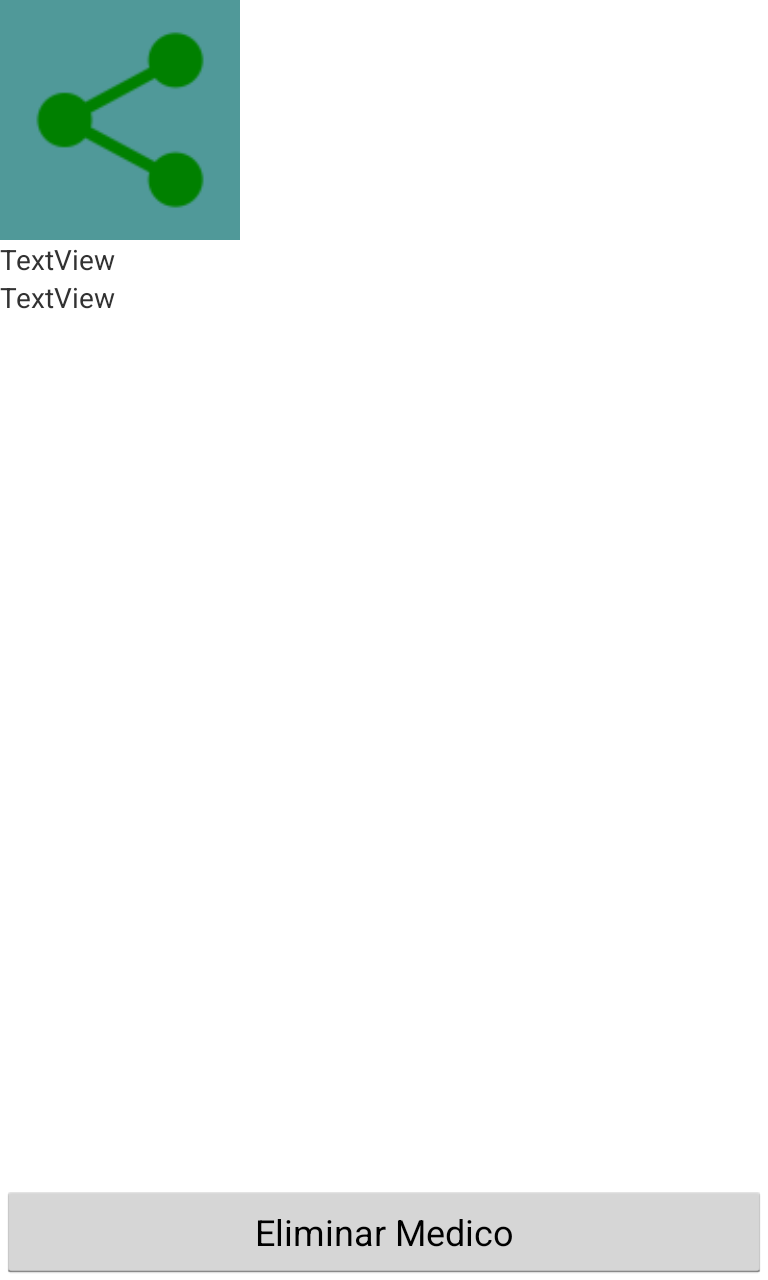
Repository: kakusio/AndoidMedics
Layout: NfcAndroidCliente/res/layout/remove_medic_details.xml
The author's editor kept a copy of each file at every save. The layout is drawn from the files as they stood at one save, then again after the next save.
It is drawn on a 768 x 1280 px phone screen (xhdpi) without system bars, with theme AppTheme; the app's code is not run.

Above is the layout before, as saved 2013-04-24 01:50:05.

After the next save:
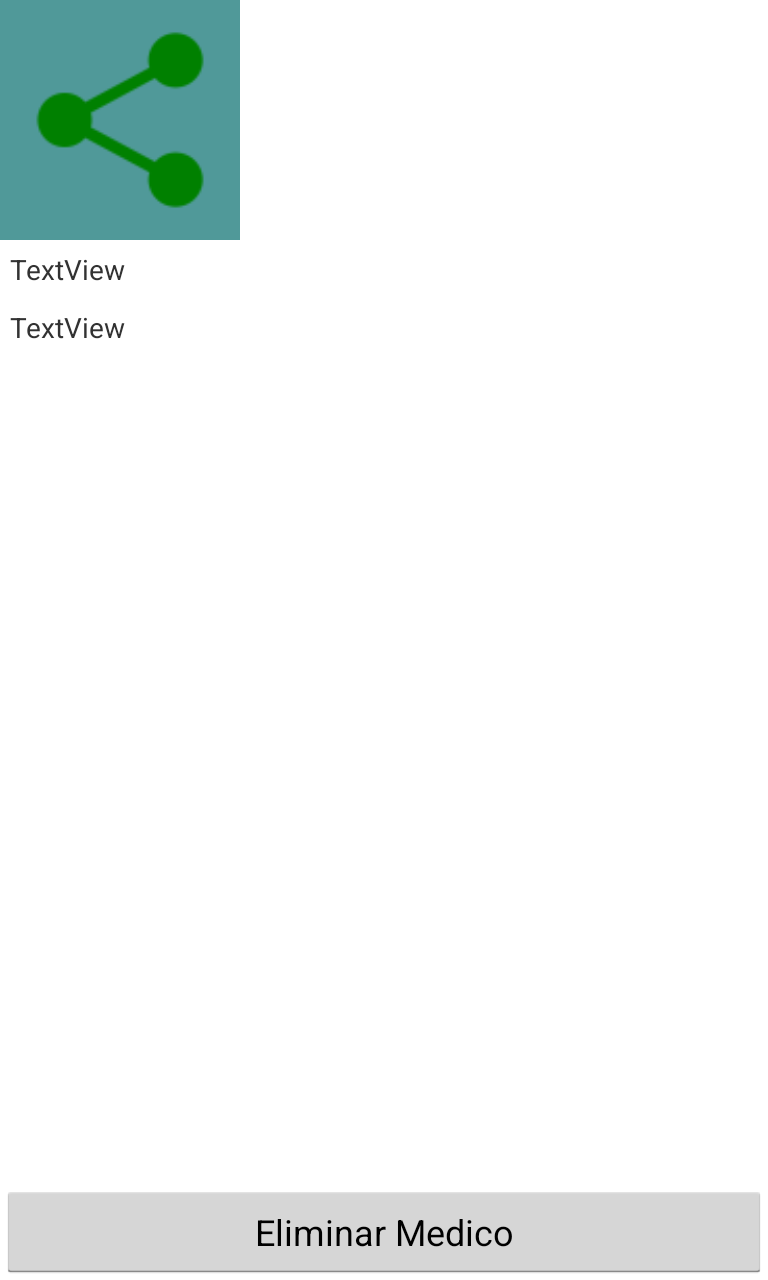
Saved 26 s later.
--- a/NfcAndroidCliente/res/layout/remove_medic_details.xml
+++ b/NfcAndroidCliente/res/layout/remove_medic_details.xml
@@ -15,14 +15,14 @@
             android:id="@+id/name"
             android:layout_width="match_parent"
             android:layout_height="wrap_content"
-            android:layout_margin="10dp" />
+            android:layout_margin="5dp" />
 
         <TextView
             android:id="@+id/last_name"
             android:layout_width="match_parent"
             android:layout_height="wrap_content"
-            android:layout_margin="10dp"
-        	android:layout_below="@+id/name" />
+            android:layout_below="@+id/name"
+            android:layout_margin="5dp" />
     </RelativeLayout>
 
     <FrameLayout
@@ -56,6 +56,7 @@
         android:layout_alignParentLeft="true"
         android:layout_alignParentRight="true"
         android:layout_below="@+id/frameLayout1"
+        android:layout_margin="5dp"
         android:text="TextView" />
 
     <TextView
@@ -64,6 +65,7 @@
         android:layout_height="wrap_content"
         android:layout_alignParentLeft="true"
         android:layout_below="@+id/especialidadesTextView"
+        android:layout_margin="5dp"
         android:text="TextView" />
 
 </RelativeLayout>
